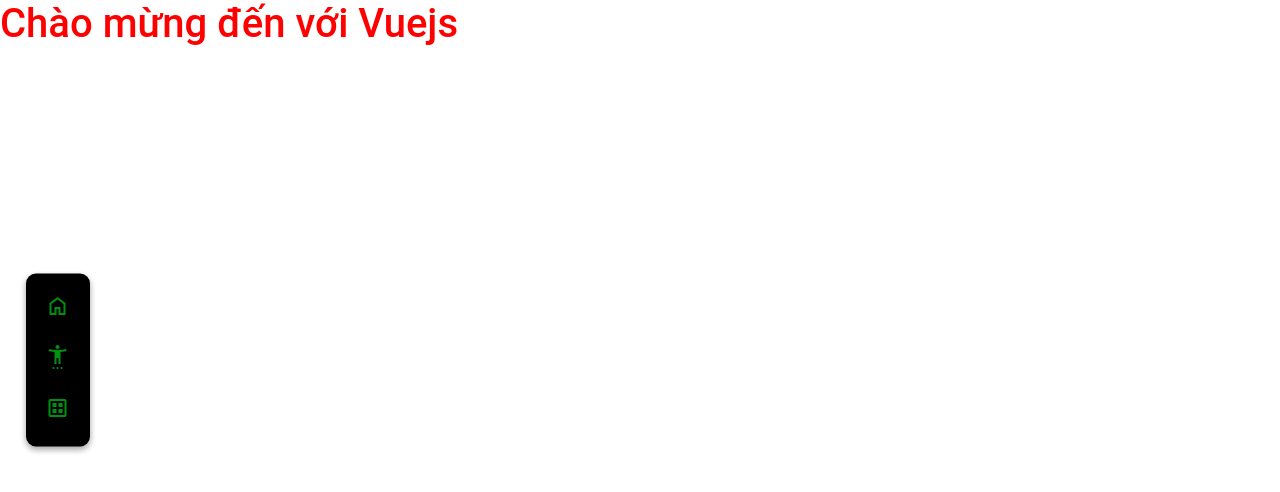
Repository: tuankiet10920/homeworkFEF
Page: /
These files come from the project's save history. The page is drawn as it stood at one moment and after a run of saves; the edit follows.
The browser window is 1280 px wide. The pictures show the whole page.
The project was rebuilt for these pictures with package versions that can differ from the ones it lists, and the page was loaded fresh each time. Also part of the build but not shown: vite.config.js, src/components/HelloWorld.vue.

Above is the page before, as saved 2024-10-22 19:03:36.

After the next 2 saves:
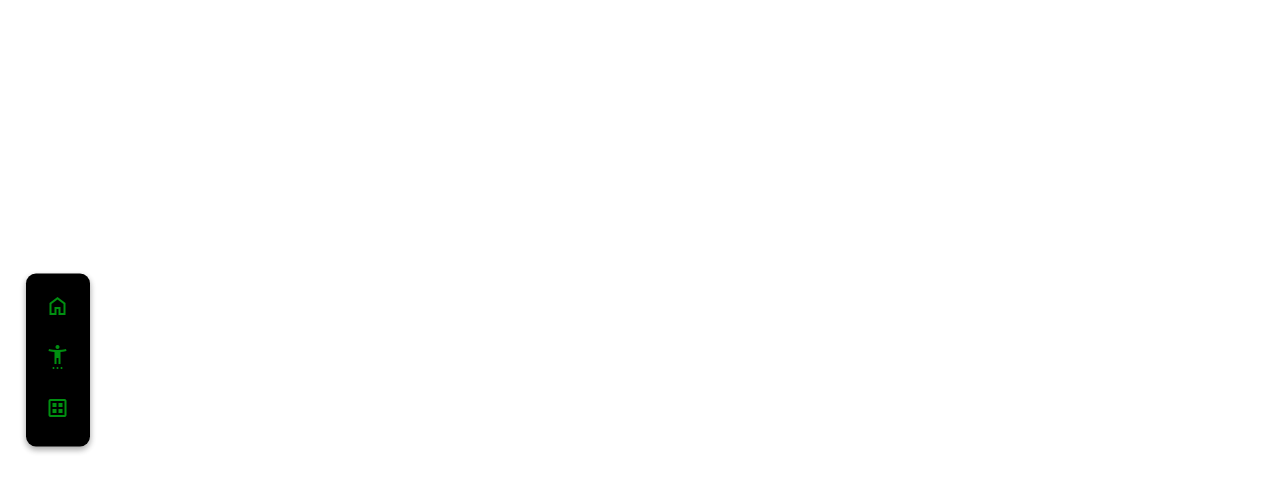
The 2 saves are shown as one change because they came seconds apart.
The last was saved 2 h 24 min later.
--- a/src/views/HomeView.vue
+++ b/src/views/HomeView.vue
@@ -4,8 +4,6 @@ import Bai2 from '../Labs/Lab1/Bai2.vue'
 
 <template>
   <main>
-    <Bai2 />
-    <!-- Lab 1: Bai 2 -->
     <TheWelcome />
   </main>
 </template>
